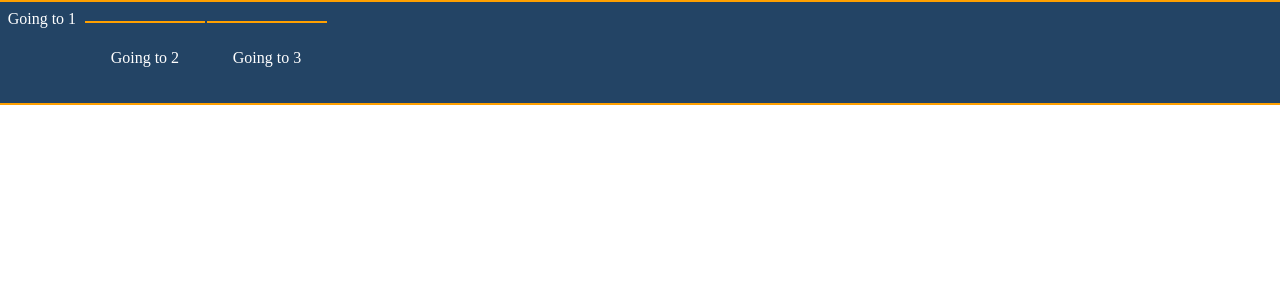
Repository: vsterev/origami
Page: /
An editor plug-in stored every save of this project. The page is shown before and after the next save, followed by the edit.
The browser window is 1280 px wide. The pictures show the whole page.
The project was rebuilt for these pictures with package versions that can differ from the ones it lists, and the page was loaded fresh each time.

Above is the page before, as saved 2020-07-12 08:11:11.

### public/index.html
<!DOCTYPE html>
<html lang="en">
  <head>
    <meta charset="utf-8" />
    <link rel="icon" href="%PUBLIC_URL%/favicon.ico" />
    <meta name="viewport" content="width=device-width, initial-scale=1" />
    <meta name="theme-color" content="#000000" />
    <meta
      name="description"
      content="Web site created using create-react-app"
    />
    <link rel="apple-touch-icon" href="%PUBLIC_URL%/logo192.png" />
    <!--
      manifest.json provides metadata used when your web app is installed on a
      user's mobile device or desktop. See https://developers.google.com/web/fundamentals/web-app-manifest/
    -->
    <!--
      Notice the use of %PUBLIC_URL% in the tags above.
      It will be replaced with the URL of the `public` folder during the build.
      Only files inside the `public` folder can be referenced from the HTML.

      Unlike "/favicon.ico" or "favicon.ico", "%PUBLIC_URL%/favicon.ico" will
      work correctly both with client-side routing and a non-root public URL.
      Learn how to configure a non-root public URL by running `npm run build`.
    -->
    <title>Origami workshop</title>
  </head>
  <body>
    <noscript>You need to enable JavaScript to run this app.</noscript>
    <div id="root"></div>
    <!--
      This HTML file is a template.
      If you open it directly in the browser, you will see an empty page.

      You can add webfonts, meta tags, or analytics to this file.
      The build step will place the bundled scripts into the <body> tag.

      To begin the development, run `npm start` or `yarn start`.
      To create a production bundle, use `npm run build` or `yarn build`.
    -->
  </body>
</html>

### src/index.css

@import url('https://fonts.googleapis.com/css?family=Indie+Flower&display=swap');
* {
    margin: 0;
    padding: 0;
    font-family: 'Indie- Flower', cursive;
}

### src/App.js
import React from 'react';
import './App.css';
import Header from './components/header'
function App() {
  return (
    <div className="App">
      <Header />
    </div>
  );
}

export default App;

### src/App.css
.App {
  max-width: 100%;
  margin: 0 auto;
}

.Container {
  margin-top: 8.5%;
  padding: 0.5%;
  /* border: 1px solid purple; */
  margin-bottom: 0.1%;
}

### src/components/header/index.js
import React from 'react'
import './styles.css'
import Link from '../link'

function Header() {
    return (
        <nav className="Navigation">
            <Link>Going to 1</Link>
            <Link>Going to 2</Link>
            <Link>Going to 3</Link>

        </nav>
    )
}
export default Header

### src/components/header/styles.css
.Navigation {
    width: 100%;
    height: 14vh;
    background-color: #234465;
    color: white;
    position: fixed;
    top: 0;
    border-bottom: 2px solid #ffa000;
    border-top: 2px solid #ffa000;
}

### src/components/link/index.js
import React from 'react'
import './styles.css'
function Link ({children}){
    return (
    <ul className="listItem" a href="#">{children}</ul>
    )
}
export default Link;

### src/components/link/styles.css
nav .listItem a {
    color: white;
    text-decoration: none;
}

nav .listItem, footer .listItem {
    display: inline-block;
    height: auto;
    margin-right: 2%;
    cursor: pointer;
    padding: 0.5%;
    margin: 0.1%;
    vertical-align: top;
}

nav .listItem:not(:first-child) {
    padding: 2%;
    margin-top: 1.5%;
    border-top: 2px solid #ffa000;
}

nav .listItem:hover {
    border-top: none;
    border-bottom: 2px solid #ffa000;
    font-weight: bold;
}

Loaded but not shown: src/index.js (common file)

After the next save:
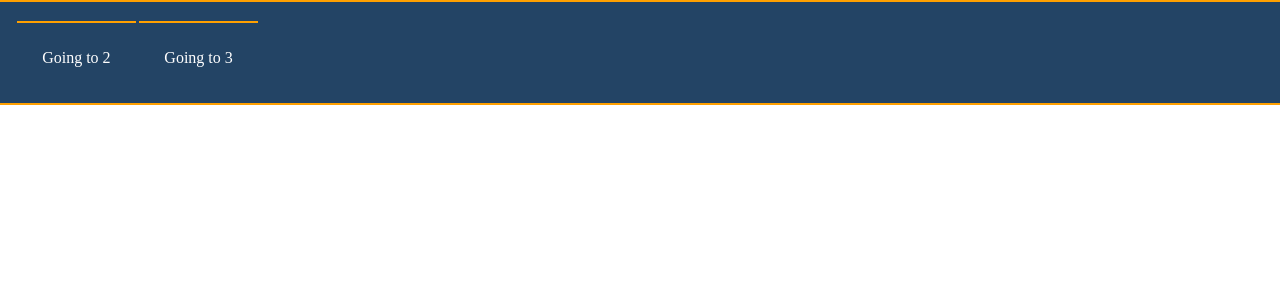
Saved 8 min 36 s later.
--- a/src/components/header/index.js
+++ b/src/components/header/index.js
@@ -5,10 +5,9 @@
 function Header() {
     return (
         <nav className="Navigation">
-            <Link>Going to 1</Link>
+            <Link></Link>
             <Link>Going to 2</Link>
             <Link>Going to 3</Link>
-
         </nav>
     )
 }
